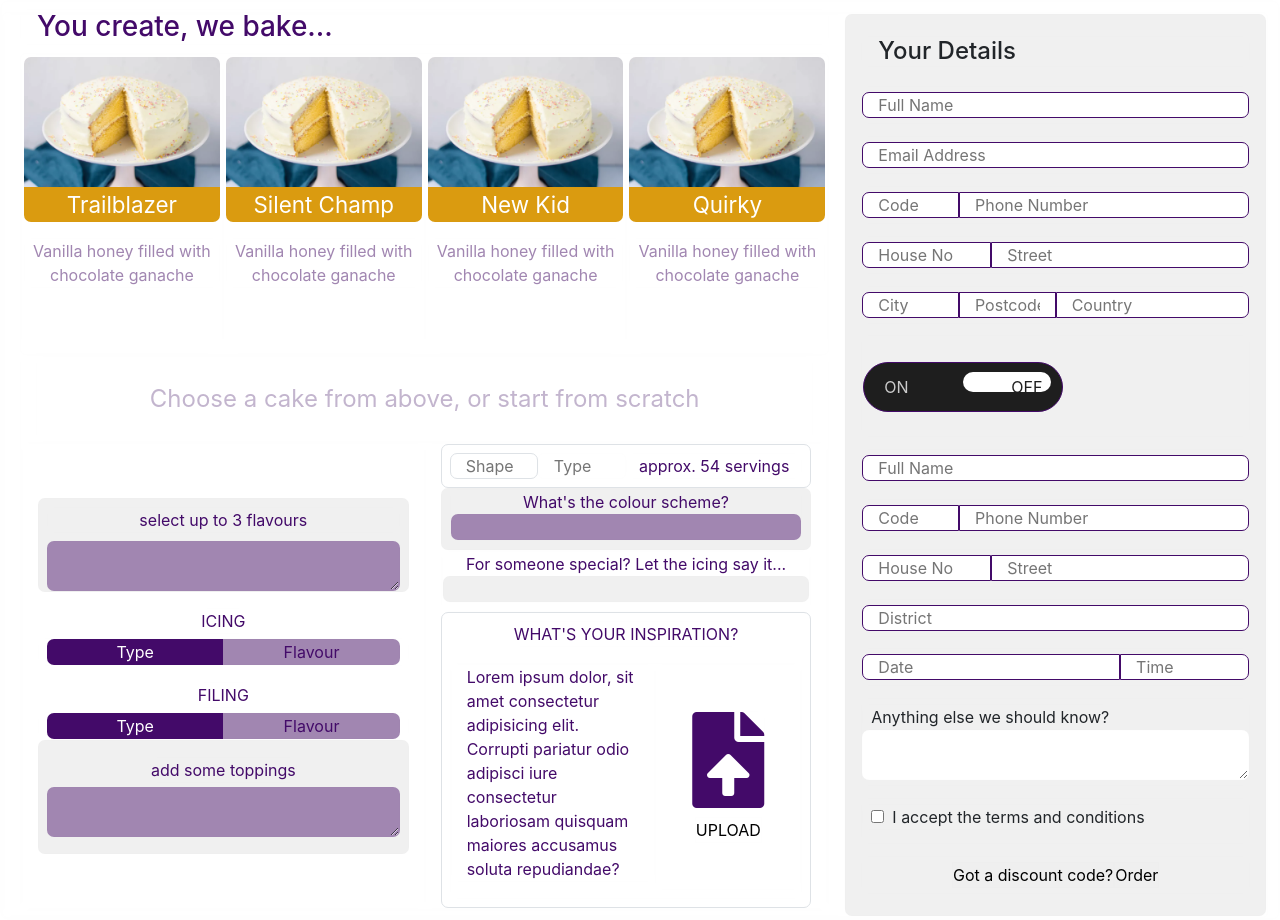
Repository: I-Alpha/BakeryOrderForm
Page: Order-Page.html
These files come from the project's save history. The page is drawn as it stood at one moment and after a run of saves; the edit follows.
The browser window is 1280 px wide. The pictures show the whole page.

Above is the page before, as saved 2020-12-29 04:54:58.

### Order-Page.html
<!DOCTYPE html>
<html lang="en">

<head>
    <meta charset="UTF-8">
    <meta name="viewport" content="width=device-width, initial-scale=1.0">
    <link rel="stylesheet" href="https://use.fontawesome.com/releases/v5.7.0/css/all.css"
        integrity="sha384-lZN37f5QGtY3VHgisS14W3ExzMWZxybE1SJSEsQp9S+oqd12jhcu+A56Ebc1zFSJ" crossorigin="anonymous">
    <link href="https://stackpath.bootstrapcdn.com/bootstrap/4.5.2/css/bootstrap.min.css" rel="stylesheet">
    <script src="https://ajax.googleapis.com/ajax/libs/jquery/3.5.1/jquery.min.js"></script>
    <script src="https://stackpath.bootstrapcdn.com/bootstrap/4.5.2/js/bootstrap.bundle.min.js"></script>
    <title>Document</title>
    <style>
        :root {
            --primary-font: 1.6rem;
            --cake-font-size: 1.4rem;
            --secondary-font: 1rem;
            --primary-colour: #430a69ff;
            --secondary-colour: #a186b1ff;
            --text-faded: #c3b5ce;
            --background-faded: rgb(240, 240, 240);
        }

        * {
            border: 1px solid rgba(0, 0, 0, 0.002);
            border-radius: 7px;
            box-sizing: border-box;
            margin: 0;
            padding: 0;
        }

        html {
            font-size: 1rem;
        }

        html,
        body,
        .container-fluid {
            width: 100%;
            background-color: white;
        }

        body span.switcher {
            position: relative;
            width: 200px;
            height: 50px;
            border-radius: 25px;
            margin: 20px 0;
        }

        body span.switcher input {
            -webkit-appearance: none;
            -moz-appearance: none;
            appearance: none;
            position: relative;
            width: 200px;
            height: 50px;
            border-radius: 25px;
            background-color: #1E1E1E;
        }

        body span.switcher input:before,
        body span.switcher input:after {
            z-index: 2;
            position: absolute;
            top: 50%;
            transform: translateY(-50%);
            color: #FFFFFF;
        }

        body span.switcher input:before {
            content: "ON";
            left: 20px;
        }

        body span.switcher input:after {
            content: "OFF";
            right: 20px;
        }

        body span.switcher label {
            z-index: 1;
            position: absolute;
            top: 10px;
            bottom: 10px;
            border-radius: 20px;
        }

        body span.switcher.switcher-1 input {
            transition: 0.25s -0.1s;
        }

        body span.switcher.switcher-1 input:checked {
            background-color: var(--primary-colour);
        }

        body span.switcher.switcher-1 input:checked:before {
            color: #FFFFFF;
            transition: color 0.5s 0.2s;
        }

        body span.switcher.switcher-1 input:checked:after {
            color: #CCCCCC;
            transition: color 0.5s;
        }

        body span.switcher.switcher-1 input:checked+label {
            left: 10px;
            right: 100px;
            background:  var(--primary-colour);;
            transition: left 0.5s, right 0.4s 0.2s;
        }

        body span.switcher.switcher-1 input:not(:checked) {
            background: #1E1E1E;
            transition: background 0.5s -0.1s;
        }

        body span.switcher.switcher-1 input:not(:checked):before {
            color: #CCCCCC;
            transition: color 0.5s;
        }

        body span.switcher.switcher-1 input:not(:checked):after {
            color: #1E1E1E;
            transition: color 0.5s 0.2s;
        }

        body span.switcher.switcher-1 input:not(:checked)+label {
            left: 100px;
            right: 10px;
            background: #FFFFFF;
            transition: left 0.4s 0.2s, right 0.5s, background 0.35s -0.1s;
        }


        #sec2-label {
            color: var(--text-faded);
            font-size: 1.5rem;

        }

        .purple_font {
            color: #430a69ff;
        }

        .light_purple_font {
            color: #a186b1ff;
        }

        .light_purple_background {
            background-color: #a186b1ff;
        }


        .purple_background {
            background-color: #430a69ff;
        }

        .textfaded {
            color: var(--text-faded);
        }

        .background_faded {
            background-color: var(--background-faded);
        }

        .buttergold {
            background-color: #da9b0eff
        }

        .input-group {}

        .pull-up {
            top: -50%;
        }

        .split-row-1 {
            height: 100%;
        }

        .split-row-2 {
            height: 50%;
        }

        #main_col_1 * {}

        #main_col_1 {}

        #main_col_2 * {}

        #main_col_2 {
            background-color: rgb(240, 240, 240);
            height: auto;
            justify-content: center;
            padding: 5px 5px;
        }

        #main_col_2 div.input-group {
            padding-top: 5px;
            padding-bottom: 5px;
        }

        #main_col_2 input {
            border: 1px solid var(--primary-colour);
        }


        #main_col_1 .input-group,
        #main_col_2 .input-group {}

        .col-8,
        .col-4 {}

        #deliveryBtn.active {
            background-color: var(--primary-colour);
            color: var(--primary-colour);
        }

        #collectionBtn.active {
            background-color: var(--primary-colour);
            color: var(--primary-colour);
        }

        #collectionBtn,
        #deliveryBtn {
            border-radius: 30px;
            border: 1px solid var(--primary-colour);
            display: inline-block;

        }

        #collectionBtn {}

        #deliveryBtn {}


        #deliveryBtn {
            background-color: white;
        }

        #collectionBtn {
            background-color: white;
            border: 1px solid var(--primary-colour);
        }



        #cake-image-container p:nth-child(2) {
            background-color: #da9b10;
            color: white;
            border-top-left-radius: 0;
            border-top-right-radius: 0;
        }

        #cake-image-container {
            padding: 0;
            margin: 0;
        }

        div#cake-image-container p:nth-child(3) {
            color: var(--secondary-colour);
        }

        #cake-image-container>div {
            font-size: var(--secondary-font);
            border-radius: 15px 15px 15px 15px;
            min-height: 100px;
            min-width: 140px;
        }

        .left-curve {
            border-top-right-radius: 0;
            border-bottom-right-radius: 0;
        }

        .right-curve {
            border-top-left-radius: 0;
            border-bottom-left-radius: 0;
        }

        #cake-image-container div * {}

        #cake-image-container div img {
            border-bottom-left-radius: 0;
            border-bottom-right-radius: 0;
            min-height: 120px;
        }

        #cake-image-container p {
            display: flex;
            text-align: center;
            justify-content: center;
            align-items: center;
        }

        p {}

        div.h3 {
            text-align: center;
        }

        .input-group {
            display: flex;
        }

        .switch6 {
            max-width: 17em;
            margin: 0 auto;
        }

        .switch6-light>span,
        .switch-toggle>span {
            color: #000000;
        }

        .switch6-light span span,
        .switch6-light label,
        .switch-toggle span span,
        .switch-toggle label {
            color: #2b2b2b;
        }

        .switch-toggle a,
        .switch6-light span span {
            display: none;
        }

        .switch6-light {
            display: block;
            height: 30px;
            position: relative;
            overflow: visible;
            padding: 0px;
            margin-left: 0px;
        }

        .switch6-light * {
            box-sizing: border-box;
        }

        .switch6-light a {
            display: block;
            transition: all 0.3s ease-out 0s;
        }

        .switch6-light label,
        .switch6-light>span {
            line-height: 30px;
            vertical-align: middle;
        }

        .switch6-light label {
            font-weight: 700;
            margin-bottom: px;
            max-width: 100%;
        }

        .switch6-light input:focus~a,
        .switch6-light input:focus+label {
            outline: 1px dotted rgb(136, 136, 136);
        }

        .switch6-light input {
            position: absolute;
            opacity: 0;
            z-index: 5;
        }

        .switch6-light input:checked~a {
            right: 0%;
        }

        .switch6-light>span {
            position: absolute;
            left: -100px;
            width: 100%;
            margin: 0px;
            padding-right: 100px;
            text-align: left;
        }

        .switch6-light>span span {
            position: absolute;
            top: 0px;
            left: 0px;
            z-index: 5;
            display: block;
            width: 50%;
            margin-left: 100px;
            text-align: center;
        }

        .switch6-light>span span:last-child {
            left: 50%;
        }

        .switch6-light a {
            position: absolute;
            right: 50%;
            top: 0px;
            z-index: 4;
            display: block;
            width: 50%;
            height: 100%;
            padding: 0px;
        }

        /* Extra small devices (portrait phones, less than 576px)
         No media query since this is the default in Bootstrap */

        /* Small devices (landscape phones, 576px and up) */
        @media (min-width: 576px) {
            html {}

            #main_col_1 {
                justify-content: space-around;
                align-items: space-around;
                padding: 15px;
            }

            #main_col_2 {
                padding: 15px;
                max-width: 89%;
            }

            div.h3 {
                width: 100%;
                text-align: start;
            }


            #cake-image-container>div {
                width: 150px;
                font-size: var(--secondary-font);
                border-radius: 15px 15px 15px 15px;
                min-height: 300px;
                padding: 20px 15px 10px 15px;

            }
        }

        /* Medium devices (tablets, 768px and up) */
        @media (min-width: 768px) {

            #main_col_1 {
                min-height: 100vh;
                justify-content: center;
                align-items: center;
            }

            html {}

            body {
                align-items: center;
                justify-content: center;
                padding: 10px 10px 0 0px;
            }

            #cake-image-container p:nth-child(2) {
                background-color: #da9b10;
                font-size: var(--cake-font-size);
                color: white;
                border-top-left-radius: 0;
                border-top-right-radius: 0;
            }

            div.h3 {
                text-align: none;
                margin-top: -10px;
                padding-top: 0px;
            }
        }

        /* Large devices (desktops, 992px and up) */
        @media (min-width: 992px) {
            #cake-image-container>div {
                min-width: 140px;
                padding: 2px;
            }

            #collectionBtn,
            #deliveryBtn {
                border-radius: 30px;
                border: 1px solid var(--primary-colour);
                display: inline-block;
                height: 2rem;
                padding-top: 0;
                line-height: 1rem;
                padding-bottom: 3px;
            }

            #main_col_2 {
                height: 100%;
                align-items: space-around;
                justify-content: space-around;
            }
        }



        /* Extra large devices (large desktops, 1200px and up) */
        @media (min-width: 1200px) {}
    </style>
</head>

<body>
    <div class="container-fluid d-flex">
        <div class="row justify-content-center align-items-start">
            <div id="main_col_1"
                class=" d-flex flex-column col-12 col-sm-12 col-md-12 col-lg-8 purple_font py-1 justify-content-center align-items-center ">
                <div class="h3 w-100 px-3">You create, we bake...</div>
                <div id="cake-image-container"
                    class="row d-flex justify-content-between text-center container-fluid px-0">
                    <div class="d-flex flex-column col-6 col-sm-6 col-md-3 col-lg-3 ">
                        <img src="Assets\baked-yellow-cake.jpg" class="img-fluid" alt="Responsive image">
                        <p>Trailblazer</p>
                        <p>Vanilla honey filled with chocolate ganache</p>
                    </div>
                    <div class="d-flex flex-column col-6 col-sm-6 col-md-3 col-lg-3">
                        <img src="Assets\baked-yellow-cake.jpg" class="img-fluid" alt="Responsive image">
                        <p class="">Silent Champ</p>
                        <p>Vanilla honey filled with chocolate ganache</p>
                    </div>
                    <div class="d-flex flex-column col-6 col-sm-6 col-md-3 col-lg-3">
                        <img src="Assets\baked-yellow-cake.jpg" class="img-fluid" alt="Responsive image">
                        <p>New Kid</p>
                        <p>Vanilla honey filled with chocolate ganache</p>
                    </div>
                    <div class="d-flex flex-column col-6 col-sm-6 col-md-3 col-lg-3">
                        <img src="Assets\baked-yellow-cake.jpg" class="img-fluid" alt="Responsive image">
                        <p>Quirky</p>
                        <p>Vanilla honey filled with chocolate ganache</p>
                    </div>
                </div>
                <div class="col-12 col-sm-12 col-md-12 flex flex-column justify-content-center align-items-center"
                    style="justify-content:center;">
                    <div id="sec2-label" class="py-4 text-center">Choose a cake from above, or start from scratch</div>
                    <div class="row">
                        <div
                            class="col-12 col-sm-12 col-md-6 justify-content-center d-flex flex-column align-items-center">
                            <div class="row d-flex flex-column input-group background_faded px-2 ">
                                <p class="mb-2 mt-2 text-center">select up to 3 flavours</p>
                                <textarea class="w-100 light_purple_background"></textarea>
                            </div>
                            <p class="mb-1 mt-3">ICING</p>
                            <div class="row input-group px-2" style="justify-content:center;">
                                <input class="input col-6 w-100 purple_background text-center left-curve"
                                    style="color:white;" value="Type"><input
                                    class="input col-6 w-100 light_purple_background text-center right-curve"
                                    style="color:var(--primary-colour);" value="Flavour">
                            </div>
                            <p class="mb-1 mt-3">FILING</p>
                            <div class="row input-group px-2" style="justify-content:center;">
                                <input class="input col-6 w-100 purple_background text-center left-curve"
                                    style="color:white;" value="Type"><input
                                    class="input col-6 w-100 light_purple_background text-center right-curve"
                                    style="color:var(--primary-colour);" value="Flavour">
                            </div>
                            <div
                                class="row d-flex flex-column input-group background_faded align-items-center pb-3 px-2">
                                <p class="mb-1 mt-3">add some toppings</p>
                                <textarea class="w-100 light_purple_background"></textarea>
                            </div>
                        </div>
                        <div class="col d-flex flex-column justify-content-between align-items-around">
                            <div class="row-lg-1 input-group d-flex align-items-start justify-content-center border my-0 w-100 pt-2 px-2"
                                style="height:auto">
                                <input class="input w-100 border col-3" placeholder="Shape">
                                <input class="input w-100 col-3 " placeholder="Type">
                                <label
                                    class="col-6 p-0 text-center d-flex w-100 justify-content-center align-items-center">approx.
                                    54 servings</label>
                            </div>
                            <div class="input-group justify-content-center row-lg-3 background_faded px-2">
                                <label class="text-center w-100"> What's the colour scheme?
                                    <input class="input w-100 light_purple_background">
                                </label>
                            </div>
                            <div class="input-group w-100 justify-content-center align-items-around row-lg-3">
                                <label class="text-center w-100 ">For someone special? Let the icing say it...
                                    <input class="input w-100 background_faded">
                                </label>
                            </div>
                            <div class="input-group row-lg-5 d-flex flex-column align-items-center border py-2 px-2">
                                <p class="row-lg-1 ">WHAT'S YOUR INSPIRATION?</p>
                                <div class="row-lg-11 input-group d-flex">
                                    <p class="col-7">Lorem ipsum dolor, sit amet consectetur adipisicing elit.
                                        Corrupti pariatur odio adipisci iure consectetur laboriosam quisquam maiores
                                        accusamus soluta repudiandae?</p>
                                    <label class="col-5 d-flex justify-content-center flex-column align-items-center">
                                        <i class="row fas fa-file-upload" style="font-size: 6rem;"></i>
                                        <button style="background:white" class="row mt-2">UPLOAD</button>
                                    </label>
                                </div>
                            </div>
                        </div>
                    </div>
                </div>
            </div>
            <div id="main_col_2"
                class="col-12 col-sm-12 col-md-12 col-lg-4 d-flex flex-column align-items-center justify-content-around">
                <div class="h4 w-100 px-3">Your Details</div>
                <div class="input-group">
                    <input class="col " placeholder="Full Name">
                </div>
                <div class="input-group">
                    <input class="col" placeholder="Email Address">
                </div>
                <div class="input-group">
                    <input class="col-3 left-curve" placeholder="Code"><input class="col-9 right-curve"
                        placeholder="Phone Number">
                </div>
                <div class="input-group">
                    <input class="col-4 left-curve" placeholder="House No"><input class="col-8 right-curve"
                        placeholder="Street">
                </div>
                <div class="input-group">
                    <input class="col-3 left-curve" placeholder="City">
                    <input class="col-3" style="border-radius: 0%;" placeholder="Postcode">
                    <input class="col-6 right-curve" placeholder="Country">
                </div>
                <div class="input-group d-flex">
                    <span class="switcher switcher-1">
                        <input type="checkbox" id="switcher-1">
                        <label for="switcher-1"></label>
                    </span>
                </div>
                <div class="input-group">
                    <input class="col" placeholder="Full Name">
                </div>
                <div class="input-group">
                    <input class="col-3 left-curve" placeholder="Code"><input class="col-9 right-curve"
                        placeholder="Phone Number">
                </div>
                <div class="input-group">
                    <input class="col-4 left-curve" placeholder="House No"><input class="col-8 right-curve"
                        placeholder="Street">
                </div>
                <div class="input-group">
                    <input class="col" placeholder="District">
                </div>
                <div class="input-group">
                    <input class="col-8 left-curve" placeholder="Date"><input class="col-4 right-curve"
                        placeholder="Time">
                </div>
                <div class="input-group">
                    <p class=" mb-0 pl-2">Anything else we should know?</p>
                    <textarea class="input-fluid   w-100 "></textarea>
                </div>
                <div class="input-group">
                    <label for="tc_Check">
                        <input id="tc_Check" type="checkbox" class="input mx-2">I accept the terms and conditions
                    </label>
                </div>
                <div class="row input-group justify-content-center ">
                    <button>Got a discount code?</button>
                    <button>Order</button>
                </div>
            </div>
        </div>
    </div>
    <script>
        $('.btn-toggle').click(function () {

            $(this).find('.btn').toggleClass('active');

            if ($(this).find('.btn-primary').size() > 0) {
                $(this).find('.btn').toggleClass('btn-primary');
            }
            if ($(this).find('.btn-default').size() > 0) {
                $(this).find('.btn').toggleClass('btn-default');
            }
            if ($(this).find('.btn-success').size() > 0) {
                $(this).find('.btn').toggleClass('btn-success');
            }
            if ($(this).find('.btn-info').size() > 0) {
                $(this).find('.btn').toggleClass('btn-info');
            }
            $(this).find('.btn').toggleClass('btn-default');

        });
    </script>
</body>

</html>

After the next 2 saves:
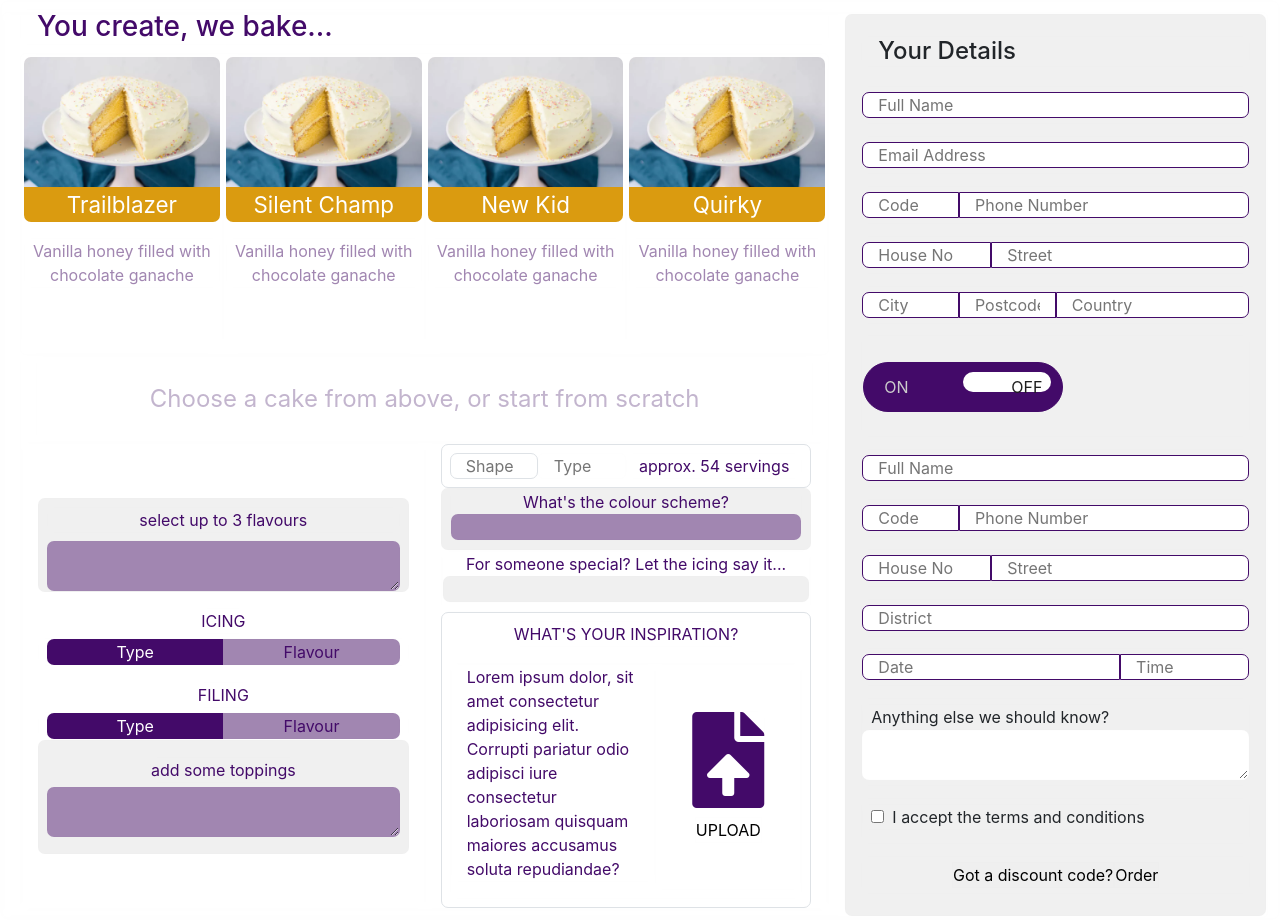
The 2 saves are shown as one change because they came seconds apart.
The last was saved 9 s later.
--- a/Order-Page.html
+++ b/Order-Page.html
@@ -112,7 +112,7 @@
         }
 
         body span.switcher.switcher-1 input:not(:checked) {
-            background: #1E1E1E;
+            background:  var(--primary-colour);
             transition: background 0.5s -0.1s;
         }
 
